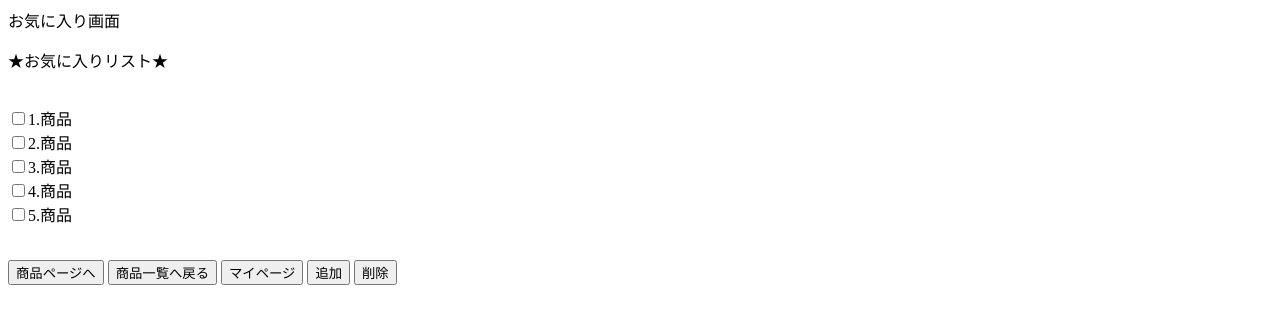
Repository: nathox/backup
Page: http://localhost/Favorite/
The author's editor kept a copy of each file at every save. The page is drawn from the files as they stood at one save, then again after the next save.
The browser window is 1280 px wide. The pictures show the whole page.
The page is served by Tomcat 9.

Above is the page before, as saved 2018-02-06 02:23:25.

After the next save:
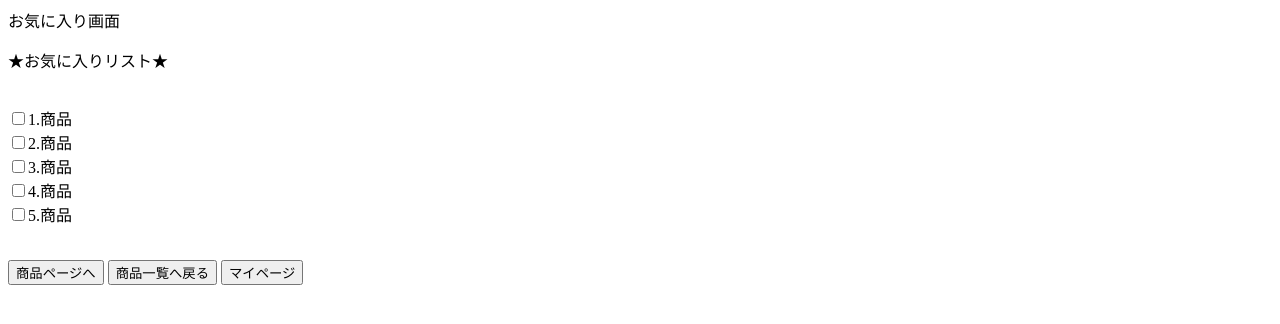
Saved 31 s later.
--- a/Favorite/WebContent/a.jsp
+++ b/Favorite/WebContent/a.jsp
@@ -66,8 +66,6 @@ break;
 <INPUT TYPE="button" VALUE="マイページ" onClick="location.href='https://www.yahoo.co.jp/'">
 
 
-<button type="button" id="add" name="chkMove" class="btn  margin-bottom">追加</button>
-<button type="button" id="del" name="chkMove" class="btn  margin-bottom">削除</button>
 
 </p>
 </form>
